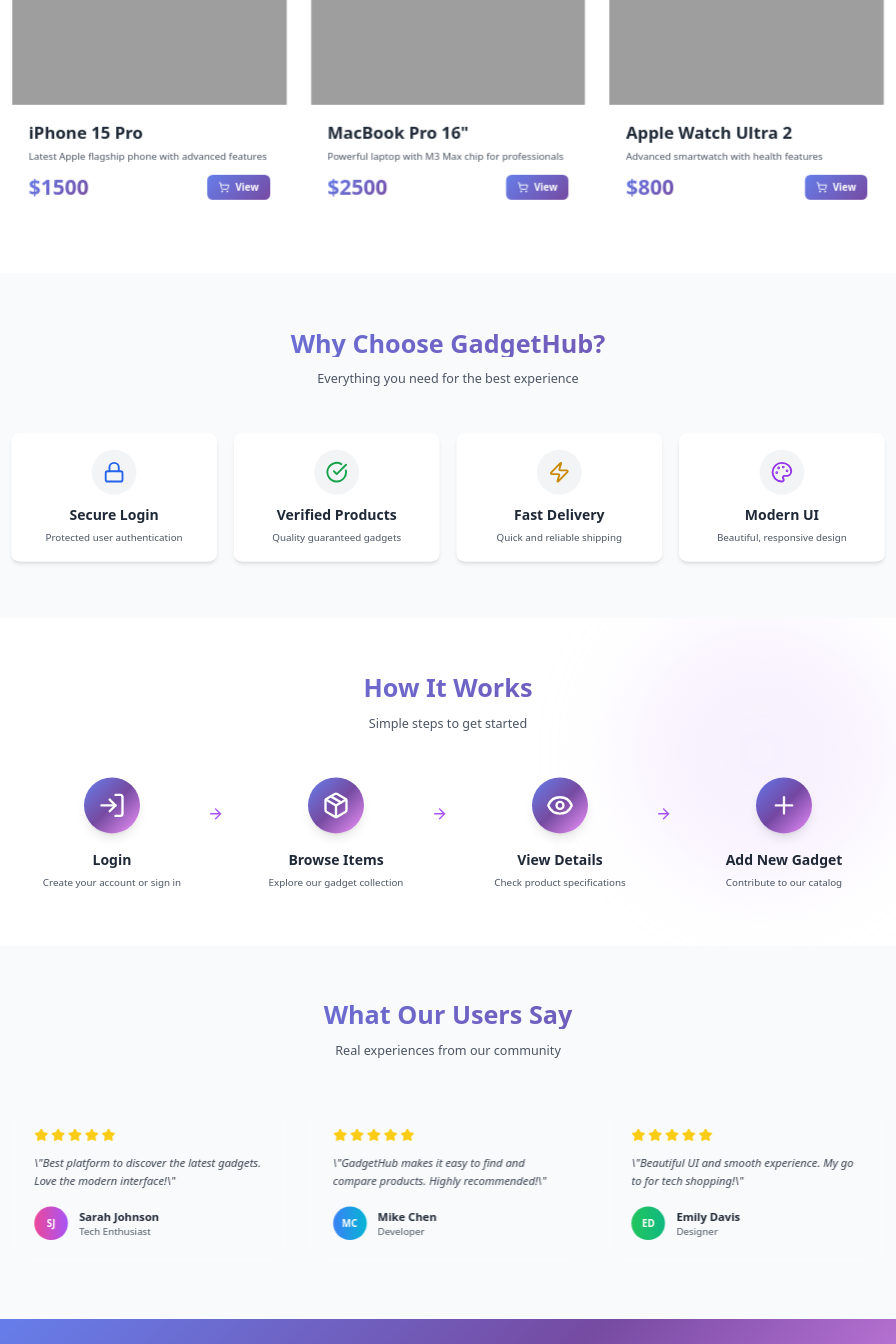
Repository: rajes124/Gadget-Next-js
Page: /
These files come from the project's save history. The page is drawn as it stood at one moment and after the next save; the edit follows.
The browser window is 1280 px wide. The pictures show the part of the page from y = 1791 to 3711 px (the page is 4633 px tall before and 4637 px after), at 70% of full size.
Pictures or frames that could not be fetched are drawn as grey boxes. The page's requests for data from a server got no answer. The project was rebuilt for these pictures with package versions that can differ from the ones it lists, and the page was loaded fresh each time. The framework's server and built-in components were replaced by stand-ins that run in the browser. No one was signed in, and anything a server would have sent is missing. Also part of the build but not shown: next.config.js.

Above is the page before, as saved 2026-01-18 13:48:16.

### app/layout.tsx
import type { Metadata } from "next";
import Navbar from "@/components/Navbar";
import Footer from "@/components/Footer";
import Providers from "@/components/Providers";
import PageTransition from "@/components/PageTransition";
import "./globals.css";

export const metadata: Metadata = {
  title: "GadgetHub - Discover Smart Gadgets",
  description: "Explore the latest technology and innovations. Find your perfect gadget today.",
};

export default function RootLayout({
  children,
}: {
  children: React.ReactNode;
}) {
  return (
    <html lang="en" suppressHydrationWarning>
      <body className="bg-white dark:bg-slate-950 text-gray-900 dark:text-gray-100">
        <Providers>
          <Navbar />
          <main className="min-h-screen pt-16">
            <PageTransition>
              {children}
            </PageTransition>
          </main>
          <Footer />
        </Providers>
      </body>
    </html>
  );
}

### app/page.tsx
import HeroSection from "@/components/sections/HeroSection";
import CategoriesSection from "@/components/sections/CategoriesSection";
import FeaturedSection from "@/components/sections/FeaturedSection";
import WhyChooseSection from "@/components/sections/WhyChooseSection";
import HowItWorksSection from "@/components/sections/HowItWorksSection";
import TestimonialsSection from "@/components/sections/TestimonialsSection";
import CTASection from "@/components/sections/CTASection";

export default function Home() {
  return (
    <>
      <HeroSection />
      <CategoriesSection />
      <FeaturedSection />
      <WhyChooseSection />
      <HowItWorksSection />
      <TestimonialsSection />
      <CTASection />
    </>
  );
}

### components/Providers.tsx
'use client';

import { Toaster } from 'react-hot-toast';
import { ThemeProvider } from 'next-themes';

export default function Providers({ children }: { children: React.ReactNode }) {
  return (
    <ThemeProvider attribute="class" defaultTheme="light" enableSystem>
      {children}
      <Toaster position="top-right" />
    </ThemeProvider>
  );
}

### components/PageTransition.tsx
'use client';

import { useEffect, useState } from 'react';
import { usePathname } from 'next/navigation';

export default function PageTransition({ children }: { children: React.ReactNode }) {
  const pathname = usePathname();
  const [isTransitioning, setIsTransitioning] = useState(false);

  useEffect(() => {
    setIsTransitioning(true);
    const timer = setTimeout(() => {
      setIsTransitioning(false);
    }, 300);

    return () => clearTimeout(timer);
  }, [pathname]);

  return (
    <>
      {/* Loading Bar on Page Transition */}
      {isTransitioning && (
        <div className="fixed top-0 left-0 right-0 h-1 bg-gradient-to-r from-purple-500 via-pink-500 to-purple-500 z-50 animate-pulse">
          <div className="h-full w-full bg-gradient-to-r from-purple-500 via-pink-500 to-purple-500 animate-pulse"></div>
        </div>
      )}

      {/* Page Content with Fade Animation */}
      <div
        className={`transition-opacity duration-300 ${
          isTransitioning ? 'opacity-75' : 'opacity-100'
        }`}
      >
        {children}
      </div>
    </>
  );
}

### components/sections/FeaturedSection.tsx
'use client';

import { useState, useEffect } from 'react';
import Link from 'next/link';
import Image from 'next/image';
import { Smartphone, Laptop, Watch, ShoppingCart } from 'lucide-react';

export default function FeaturedSection() {
  const [items, setItems] = useState<any[]>([]);
  const [loading, setLoading] = useState(true);

  useEffect(() => {
    const fetchFeaturedItems = async () => {
      try {
        const response = await fetch('http://localhost:5000/api/items');
        if (response.ok) {
          const data = await response.json();
          // Get first 3 items as featured
          setItems(data.slice(0, 3));
        }
      } catch (error) {
        console.log('Using default featured items');
      } finally {
        setLoading(false);
      }
    };

    fetchFeaturedItems();
  }, []);

  const defaultFeatured = [
    {
      id: '1',
      name: 'iPhone 15 Pro',
      price: 1500,
      description: 'Latest Apple flagship phone with advanced features',
      image: 'https://images.unsplash.com/photo-1592286927505-1fed6c3d8b71?w=500&h=500&fit=crop',
    },
    {
      id: '2',
      name: 'MacBook Pro 16"',
      price: 2500,
      description: 'Powerful laptop with M3 Max chip for professionals',
      image: 'https://images.unsplash.com/photo-1517336714731-489689fd1ca8?w=500&h=500&fit=crop',
    },
    {
      id: '3',
      name: 'Apple Watch Ultra 2',
      price: 800,
      description: 'Advanced smartwatch with health features',
      image: 'https://images.unsplash.com/photo-1523275335684-37898b6baf30?w=500&h=500&fit=crop',
    },
  ];

  // Use real items if available, otherwise use default
  const featured = items.length > 0
    ? items.map((item: any) => ({
        id: item._id || item.id,
        name: item.name,
        price: item.price,
        description: item.description,
        image: item.imageUrl,
        addedBy: item.addedBy,
      }))
    : defaultFeatured;

  return (
    <section className="py-20 px-4 bg-white dark:bg-slate-900">
      <div className="max-w-7xl mx-auto">
        <div className="text-center mb-16 animate-fade-in">
          <h2 className="text-4xl font-bold mb-4 gradient-text">Featured Gadgets</h2>
          <p className="text-gray-600 dark:text-gray-400 text-lg">
            {items.length > 0 ? 'Latest products from our community' : 'Hand-picked products for you'}
          </p>
        </div>
        <div className="grid md:grid-cols-3 gap-8">
          {featured.map((item: any, idx: number) => (
            <div
              key={item.id}
              className="glass-effect rounded-2xl overflow-hidden hover:shadow-2xl transition-all duration-300 transform hover:scale-105 hover:-translate-y-2 animate-slide-in-up"
              style={{ animationDelay: `${idx * 0.1}s` }}
            >
              <div className="bg-gray-200 dark:bg-gray-700 h-64 flex items-center justify-center relative overflow-hidden">
                {item.image ? (
                  <Image
                    src={item.image}
                    alt={item.name}
                    fill
                    className="w-full h-full object-cover group-hover:scale-110 transition-transform duration-300"
                    sizes="(max-width: 768px) 100vw, (max-width: 1200px) 50vw, 33vw"
                  />
                ) : (
                  <Smartphone className="w-32 h-32 text-gray-400 opacity-80" />
                )}
              </div>
              <div className="p-6">
                <h3 className="text-2xl font-bold text-gray-800 dark:text-white mb-2">{item.name}</h3>
                <p className="text-gray-600 dark:text-gray-400 mb-4 text-sm">{item.description}</p>
                {item.addedBy && (
                  <p className="text-xs text-gray-500 dark:text-gray-500 mb-3">By: {item.addedBy}</p>
                )}
                <div className="flex justify-between items-center">
                  <span className="text-3xl font-bold gradient-text">${item.price}</span>
                  <Link href={`/items/${item.id}`} className="gradient-btn text-white px-4 py-2 rounded-lg text-sm font-semibold hover:shadow-lg transition-all flex items-center gap-2">
                    <ShoppingCart className="w-4 h-4" />
                    <span>View</span>
                  </Link>
                </div>
              </div>
            </div>
          ))}
        </div>
      </div>
    </section>
  );
}

### components/sections/WhyChooseSection.tsx
'use client';

import { Lock, CheckCircle, Zap, Palette } from 'lucide-react';

export default function WhyChooseSection() {
  const reasons = [
    { icon: Lock, title: 'Secure Login', description: 'Protected user authentication', color: 'text-blue-600 dark:text-blue-400' },
    { icon: CheckCircle, title: 'Verified Products', description: 'Quality guaranteed gadgets', color: 'text-green-600 dark:text-green-400' },
    { icon: Zap, title: 'Fast Delivery', description: 'Quick and reliable shipping', color: 'text-yellow-600 dark:text-yellow-400' },
    { icon: Palette, title: 'Modern UI', description: 'Beautiful, responsive design', color: 'text-purple-600 dark:text-purple-400' },
  ];

  return (
    <section className="py-20 px-4 bg-gray-50 dark:bg-slate-800">
      <div className="max-w-7xl mx-auto">
        <div className="text-center mb-16 animate-fade-in">
          <h2 className="text-4xl font-bold mb-4 gradient-text">Why Choose GadgetHub?</h2>
          <p className="text-gray-600 dark:text-gray-400 text-lg">Everything you need for the best experience</p>
        </div>
        <div className="grid md:grid-cols-4 gap-6">
          {reasons.map((reason, idx) => {
            const IconComp = reason.icon;
            return (
              <div
                key={reason.title}
                className="text-center p-6 bg-white dark:bg-slate-700 rounded-xl shadow-md hover:shadow-xl transition-all duration-300 transform hover:scale-105 animate-slide-in-up"
                style={{ animationDelay: `${idx * 0.1}s` }}
              >
                <div className={`w-16 h-16 rounded-full bg-gray-100 dark:bg-gray-600 flex items-center justify-center mx-auto mb-4 ${reason.color}`}>
                  <IconComp className="w-8 h-8" />
                </div>
                <h3 className="text-xl font-bold text-gray-800 dark:text-white mb-2">{reason.title}</h3>
                <p className="text-gray-600 dark:text-gray-400 text-sm">{reason.description}</p>
              </div>
            );
          })}
        </div>
      </div>
    </section>
  );
}

### components/sections/HowItWorksSection.tsx
'use client';

import { LogIn, Package, Eye, Plus, ArrowRight } from 'lucide-react';

export default function HowItWorksSection() {
  const steps = [
    { number: 1, icon: LogIn, title: 'Login', description: 'Create your account or sign in' },
    { number: 2, icon: Package, title: 'Browse Items', description: 'Explore our gadget collection' },
    { number: 3, icon: Eye, title: 'View Details', description: 'Check product specifications' },
    { number: 4, icon: Plus, title: 'Add New Gadget', description: 'Contribute to our catalog' },
  ];

  return (
    <section className="py-20 px-4 bg-white dark:bg-slate-900 relative overflow-hidden">
      <div className="max-w-7xl mx-auto">
        <div className="text-center mb-16 animate-fade-in">
          <h2 className="text-4xl font-bold mb-4 gradient-text">How It Works</h2>
          <p className="text-gray-600 dark:text-gray-400 text-lg">Simple steps to get started</p>
        </div>
        <div className="grid md:grid-cols-4 gap-8">
          {steps.map((step, idx) => {
            const IconComp = step.icon;
            return (
              <div key={step.number} className="relative text-center group animate-slide-in-up" style={{ animationDelay: `${idx * 0.1}s` }}>
                <div className="flex justify-center mb-6">
                  <div className="gradient-bg w-20 h-20 rounded-full flex items-center justify-center text-white shadow-lg group-hover:shadow-2xl transition-all group-hover:scale-110 duration-300">
                    <IconComp className="w-10 h-10" />
                  </div>
                </div>
                <h3 className="text-xl font-bold text-gray-800 dark:text-white mb-2">{step.title}</h3>
                <p className="text-gray-600 dark:text-gray-400 text-sm">{step.description}</p>

                {/* Connecting Arrow */}
                {step.number < 4 && (
                  <div className="hidden md:flex absolute top-10 -right-4 items-center justify-center">
                    <ArrowRight className="w-6 h-6 text-purple-500" />
                  </div>
                )}
              </div>
            );
          })}
        </div>
      </div>

      {/* Decorative elements */}
      <div className="absolute top-0 right-0 w-96 h-96 bg-purple-200 dark:bg-purple-900 rounded-full mix-blend-multiply filter blur-3xl opacity-10 animate-pulse"></div>
    </section>
  );
}

### components/sections/TestimonialsSection.tsx
'use client';

import { Star, User } from 'lucide-react';

export default function TestimonialsSection() {
  const testimonials = [
    {
      name: 'Sarah Johnson',
      role: 'Tech Enthusiast',
      initials: 'SJ',
      color: 'from-pink-500 to-purple-500',
      text: 'Best platform to discover the latest gadgets. Love the modern interface!',
      rating: 5,
    },
    {
      name: 'Mike Chen',
      role: 'Developer',
      initials: 'MC',
      color: 'from-blue-500 to-cyan-500',
      text: 'GadgetHub makes it easy to find and compare products. Highly recommended!',
      rating: 5,
    },
    {
      name: 'Emily Davis',
      role: 'Designer',
      initials: 'ED',
      color: 'from-green-500 to-emerald-500',
      text: 'Beautiful UI and smooth experience. My go to for tech shopping!',
      rating: 5,
    },
  ];

  return (
    <section className="py-20 px-4 bg-gray-50 dark:bg-slate-800">
      <div className="max-w-7xl mx-auto">
        <div className="text-center mb-16 animate-fade-in">
          <h2 className="text-4xl font-bold mb-4 gradient-text">What Our Users Say</h2>
          <p className="text-gray-600 dark:text-gray-400 text-lg">Real experiences from our community</p>
        </div>
        <div className="grid md:grid-cols-3 gap-8">
          {testimonials.map((testimonial, idx) => (
            <div
              key={testimonial.name}
              className="glass-effect p-8 rounded-2xl hover:shadow-2xl transition-all duration-300 transform hover:scale-105 animate-slide-in-up"
              style={{ animationDelay: `${idx * 0.1}s` }}
            >
              <div className="flex gap-1 mb-4">
                {[...Array(testimonial.rating)].map((_, i) => (
                  <Star key={i} className="w-5 h-5 text-yellow-400 fill-yellow-400" />
                ))}
              </div>
              <p className="text-gray-700 dark:text-gray-300 mb-6 italic leading-relaxed">\"{testimonial.text}\"</p>
              <div className="flex items-center gap-4">
                <div className={`w-12 h-12 rounded-full bg-gradient-to-r ${testimonial.color} flex items-center justify-center text-white font-bold text-sm`}>
                  {testimonial.initials}
                </div>
                <div>
                  <h4 className="font-bold text-gray-800 dark:text-white">{testimonial.name}</h4>
                  <p className="text-sm text-gray-600 dark:text-gray-400">{testimonial.role}</p>
                </div>
              </div>
            </div>
          ))}
        </div>
      </div>
    </section>
  );
}

### components/sections/CTASection.tsx
'use client';

import Link from 'next/link';
import { ArrowRight, Zap, Package } from 'lucide-react';

export default function CTASection() {
  return (
    <section className="gradient-bg py-20 px-4 text-white relative overflow-hidden">
      <div className="max-w-4xl mx-auto text-center">
        <div className="inline-block mb-6 px-4 py-2 bg-white bg-opacity-20 rounded-full backdrop-blur-sm animate-fade-in">
          <span className="flex items-center gap-2 text-sm md:text-base">
            <Zap className="w-4 h-4" />
            <span>Limited Time Offer</span>
          </span>
        </div>
        <h2 className="text-4xl md:text-5xl font-bold mb-6 leading-tight animate-slide-in-down">
          Ready to Explore the Future of Tech?
        </h2>
        <p className="text-lg md:text-xl mb-8 opacity-90 max-w-2xl mx-auto animate-slide-in-up">
          Join thousands of tech enthusiasts discovering the latest gadgets every day.
        </p>
        <div className="flex flex-col md:flex-row gap-4 justify-center animate-fade-in" style={{ animationDelay: '0.3s' }}>
          <Link href="/login" className="bg-white text-purple-600 px-8 py-4 rounded-lg font-bold text-lg hover:scale-105 transition-transform duration-300 flex items-center justify-center gap-2 shadow-lg">
            <span>Get Started</span>
            <ArrowRight className="w-5 h-5" />
          </Link>
          <Link href="/items" className="border-2 border-white text-white px-8 py-4 rounded-lg font-bold text-lg hover:bg-white hover:bg-opacity-10 transition-all duration-300 flex items-center justify-center gap-2">
            <Package className="w-5 h-5" />
            <span>View Items</span>
          </Link>
        </div>
      </div>

      {/* Decorative Elements */}
      <div className="absolute top-0 left-0 w-96 h-96 bg-white rounded-full mix-blend-multiply filter blur-3xl opacity-10 animate-pulse"></div>
      <div className="absolute bottom-0 right-0 w-96 h-96 bg-purple-200 rounded-full mix-blend-multiply filter blur-3xl opacity-10 animate-pulse" style={{ animationDelay: '2s' }}></div>
    </section>
  );
}

### lib/firebase.ts
import { initializeApp } from "firebase/app";
import { getAuth } from "firebase/auth";
import { getFirestore } from "firebase/firestore";

const firebaseConfig = {
  apiKey: "AIzaSyDvBJhLa10oqdlcbmkKFgUltEKyrTwjIMk",
  authDomain: "techgad-get.firebaseapp.com",
  projectId: "techgad-get",
  storageBucket: "techgad-get.firebasestorage.app",
  messagingSenderId: "129611510027",
  appId: "1:129611510027:web:4d41bc17581bfff22e320e",
  measurementId: "G-ZS9JZGP2KL"
};

const app = initializeApp(firebaseConfig);
export const auth = getAuth(app);
export const db = getFirestore(app);

export default app;

### lib/cookies.ts
import Cookies from 'js-cookie';

export const setAuthCookie = (token: string) => {
  Cookies.set('auth_token', token, {
    expires: 7,
    secure: process.env.NODE_ENV === 'production',
    sameSite: 'strict',
  });
};

export const getAuthCookie = () => {
  return Cookies.get('auth_token');
};

export const removeAuthCookie = () => {
  Cookies.remove('auth_token');
};

export const setUserCookie = (user: any) => {
  Cookies.set('user', JSON.stringify(user), {
    expires: 7,
    secure: process.env.NODE_ENV === 'production',
    sameSite: 'strict',
  });
};

export const getUserCookie = () => {
  const user = Cookies.get('user');
  return user ? JSON.parse(user) : null;
};

### tailwind.config.ts
import type { Config } from 'tailwindcss';

const config: Config = {
  content: [
    './app/**/*.{js,ts,jsx,tsx,mdx}',
    './components/**/*.{js,ts,jsx,tsx,mdx}',
  ],
  theme: {
    extend: {
      colors: {
        primary: '#667eea',
        secondary: '#764ba2',
      },
    },
  },
  darkMode: 'class',
  plugins: [],
};
export default config;

Loaded but not shown: components/Navbar.tsx (208 lines, source omitted); components/Footer.tsx (128 lines, source omitted); components/sections/HeroSection.tsx (77 lines, source omitted); app/globals.css (178 lines, source omitted); components/sections/CategoriesSection.tsx (71 lines, source omitted); lib/auth.ts (98 lines, source omitted)

After the next save:
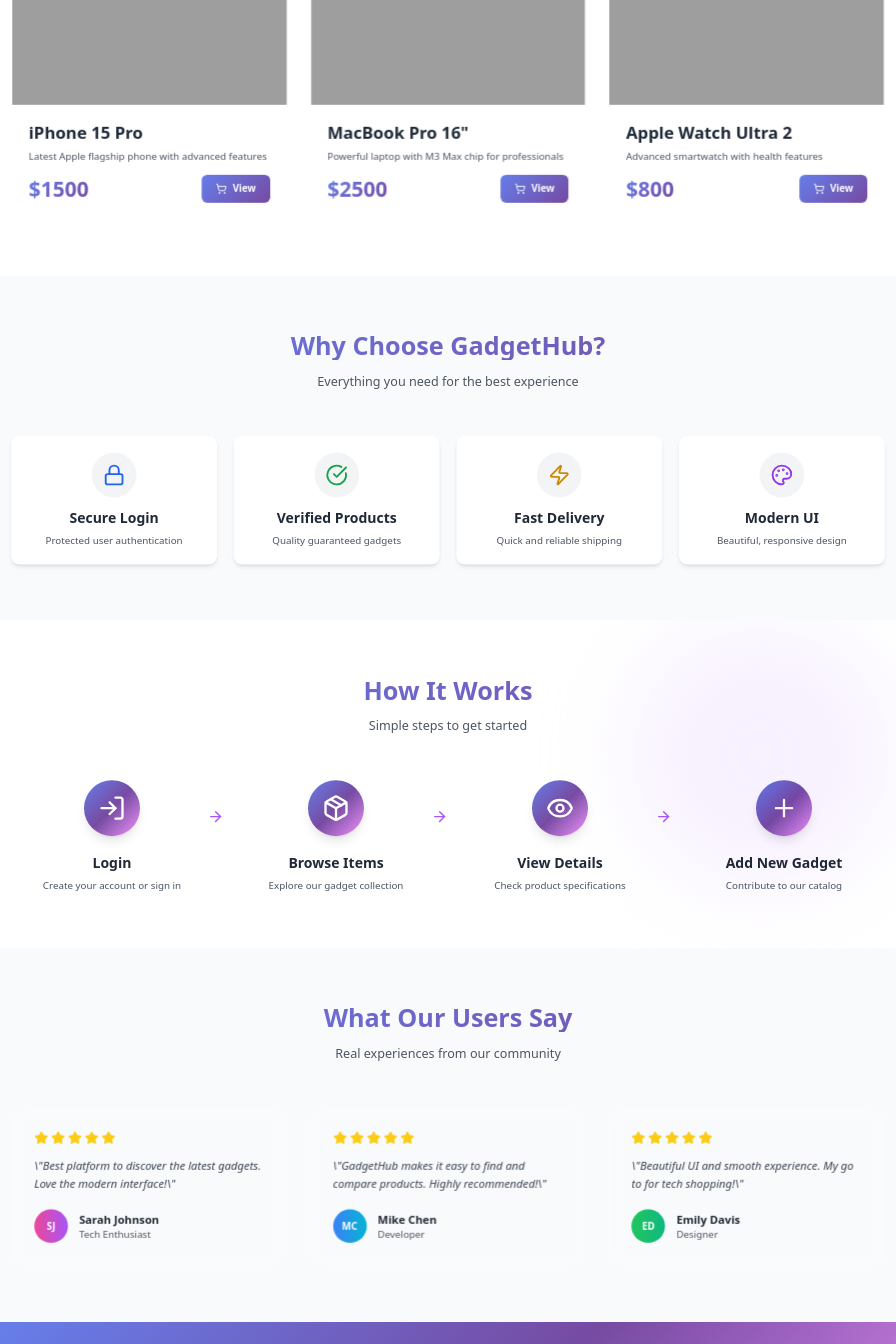
Saved 2 min 29 s later.
--- a/components/sections/FeaturedSection.tsx
+++ b/components/sections/FeaturedSection.tsx
@@ -77,31 +77,46 @@
           {featured.map((item: any, idx: number) => (
             <div
               key={item.id}
-              className="glass-effect rounded-2xl overflow-hidden hover:shadow-2xl transition-all duration-300 transform hover:scale-105 hover:-translate-y-2 animate-slide-in-up"
+              className="glass-effect rounded-2xl overflow-hidden transition-all duration-500 ease-out group hover:shadow-2xl hover:scale-[1.03] hover:-translate-y-3 hover:rotate-[0.5deg] animate-slide-in-up relative"
               style={{ animationDelay: `${idx * 0.1}s` }}
             >
-              <div className="bg-gray-200 dark:bg-gray-700 h-64 flex items-center justify-center relative overflow-hidden">
+              {/* Image with overlay on hover */}
+              <div className="relative h-64 overflow-hidden bg-gray-200 dark:bg-gray-700 flex items-center justify-center">
                 {item.image ? (
                   <Image
                     src={item.image}
                     alt={item.name}
                     fill
-                    className="w-full h-full object-cover group-hover:scale-110 transition-transform duration-300"
+                    className="w-full h-full object-cover transition-transform duration-700 ease-out group-hover:scale-110 group-hover:rotate-1"
                     sizes="(max-width: 768px) 100vw, (max-width: 1200px) 50vw, 33vw"
                   />
                 ) : (
-                  <Smartphone className="w-32 h-32 text-gray-400 opacity-80" />
+                  <Smartphone className="w-32 h-32 text-gray-400 opacity-80 transition-transform duration-500 group-hover:scale-110" />
                 )}
+                {/* Subtle overlay on hover */}
+                <div className="absolute inset-0 bg-gradient-to-t from-black/30 to-transparent opacity-0 group-hover:opacity-100 transition-opacity duration-500"></div>
               </div>
-              <div className="p-6">
-                <h3 className="text-2xl font-bold text-gray-800 dark:text-white mb-2">{item.name}</h3>
-                <p className="text-gray-600 dark:text-gray-400 mb-4 text-sm">{item.description}</p>
+
+              <div className="p-6 relative z-10">
+                <h3 className="text-2xl font-bold text-gray-800 dark:text-white mb-2 group-hover:text-purple-600 transition-colors duration-300">
+                  {item.name}
+                </h3>
+                <p className="text-gray-600 dark:text-gray-400 mb-4 text-sm line-clamp-3">
+                  {item.description}
+                </p>
                 {item.addedBy && (
-                  <p className="text-xs text-gray-500 dark:text-gray-500 mb-3">By: {item.addedBy}</p>
+                  <p className="text-xs text-gray-500 dark:text-gray-500 mb-4">
+                    By: {item.addedBy}
+                  </p>
                 )}
                 <div className="flex justify-between items-center">
-                  <span className="text-3xl font-bold gradient-text">${item.price}</span>
-                  <Link href={`/items/${item.id}`} className="gradient-btn text-white px-4 py-2 rounded-lg text-sm font-semibold hover:shadow-lg transition-all flex items-center gap-2">
+                  <span className="text-3xl font-bold gradient-text group-hover:scale-105 transition-transform duration-300">
+                    ${item.price}
+                  </span>
+                  <Link
+                    href={`/items/${item.id}`}
+                    className="gradient-btn text-white px-5 py-2.5 rounded-lg text-sm font-semibold hover:shadow-xl transition-all duration-300 flex items-center gap-2 transform hover:scale-105 active:scale-95"
+                  >
                     <ShoppingCart className="w-4 h-4" />
                     <span>View</span>
                   </Link>
